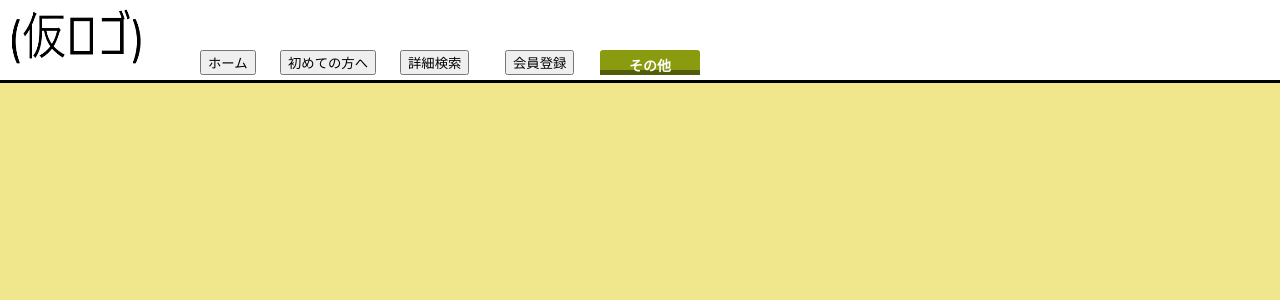
Repository: k0816/backup-master
Page: http://localhost/cycle/includeHeader.jsp
These files come from the project's save history. The page is drawn as it stood at one moment and after the next save; the edit follows.
The browser window is 1280 px wide. The pictures show the whole page.
The page is served by Tomcat 9.

Above is the page before, as saved 2018-01-16 07:21:05.

After the next save:
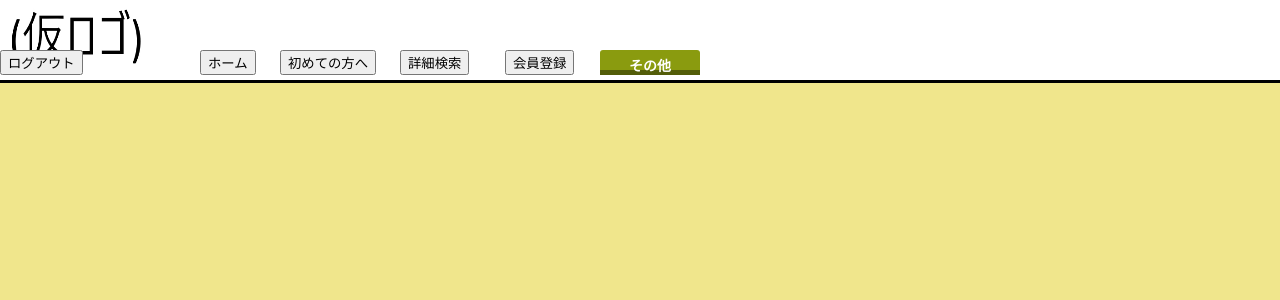
Saved 89 s later.
--- a/cycle/WebContent/includeHeader.jsp
+++ b/cycle/WebContent/includeHeader.jsp
@@ -214,10 +214,11 @@
 						<li><a href="ToNewUserAction">お知らせ</a></li>
 						<li><a href="#">会社概要</a></li>
 						<li><a href="#">お問い合わせ</a></li>
-						<li><s:if test="#session.loginUser != null"> onclick="MoveCheck(logout);"<a href="LogoutAction">ログアウト</a></s:if></li>
+						<li><s:if test="#session.loginUser != null"> <a href="LogoutAction">ログアウト</a></s:if></li>
 					</ul>
 				</li>
 			</ul>
+<input type="button" value="ログアウト" onclick="MoveCheck();">
 
 		</div>
 	</div>

After the 2 saves that followed:
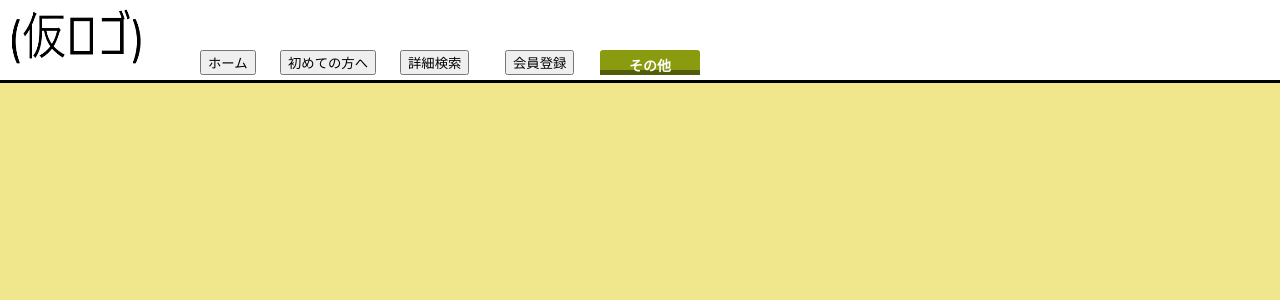
The 2 saves are shown as one change because 1 left the picture as it was.
The last was saved 3 min 29 s later.
--- a/cycle/WebContent/includeHeader.jsp
+++ b/cycle/WebContent/includeHeader.jsp
@@ -214,12 +214,10 @@
 						<li><a href="ToNewUserAction">お知らせ</a></li>
 						<li><a href="#">会社概要</a></li>
 						<li><a href="#">お問い合わせ</a></li>
-						<li><s:if test="#session.loginUser != null"> <a href="LogoutAction">ログアウト</a></s:if></li>
+						<li><s:if test="#session.loginUser != null"> <a href="LogoutAction" onclick="MoveCheck();">ログアウト</a></s:if></li>
 					</ul>
 				</li>
 			</ul>
-<input type="button" value="ログアウト" onclick="MoveCheck();">
-
 		</div>
 	</div>
 	<br>
